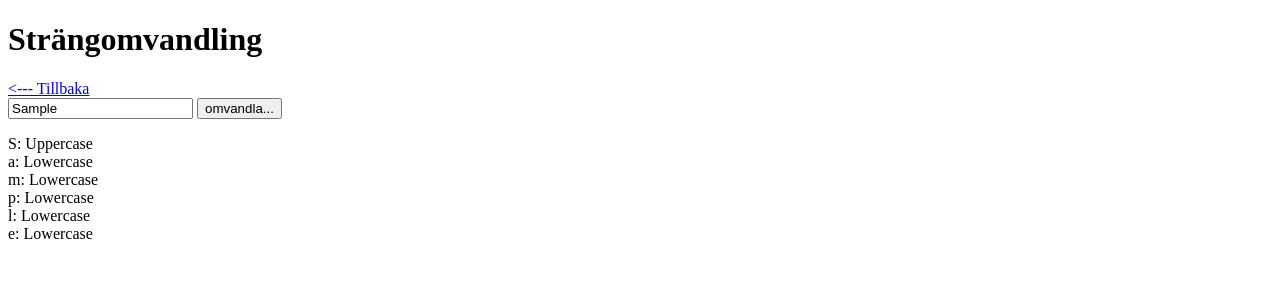
Repository: LindaOtt/1dv403-lo222hd-laborationer
Page: 1-vandalen/strings/index.html
The author's editor kept a record of every edit. The page is drawn from the files as they stood at one moment, then again after the next edit.
The browser window is 1280 px wide. The pictures show the whole page.
Empty fields were first filled with sample values (such as "Sample", 5 or name@example.com).
After loading, the first visible `#send` was clicked once.

Above is the page before.

After the next edit:
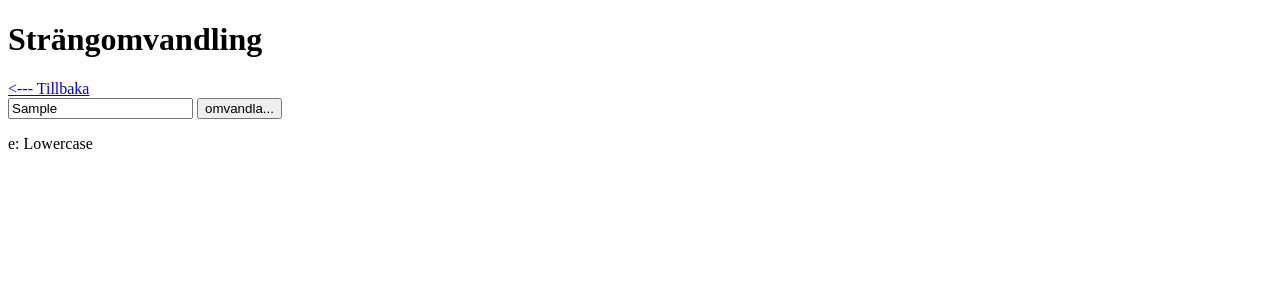
The edit:
--- a/1-vandalen/strings/script.js
+++ b/1-vandalen/strings/script.js
@@ -12,23 +12,12 @@
 
 		//Går igenom varje karaktär i strängen
 		for (var i = 0; i<str.length; i++) {
-	    if (str[i] === str[i].toUpperCase()
-	        && str[i] !== str[i].toLowerCase()) {
-	        message = str[i] + ": Uppercase<br>";
-	    } else {
-	        message = str[i] + ": Lowercase<br>";
-	    }
-		}
-
-		for (var i = 0, len = str.length; i < len; i++) {
-			var strChar = str[i];
-			var message;
-			if (strChar === strChar.toUpperCase()) {
-				message = strChar + ": Uppercase<br>";
-			}
-			if (strChar === strChar.toLowerCase()) {
-				message += strChar + ": Lowercase<br>";
-			}
+		    if (str[i] === str[i].toUpperCase()
+		        && str[i] !== str[i].toLowerCase()) {
+		        message = str[i] + ": Uppercase<br>";
+		    } else {
+		        message = str[i] + ": Lowercase<br>";
+		    }
 		}
 
 		return message;

After the 3 edits that followed:
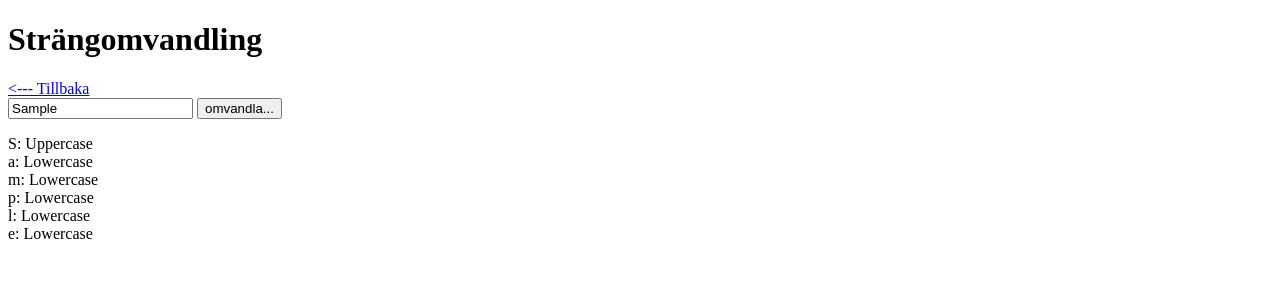
The 3 edits are shown as one change because 2 left the picture as it was.
The edit:
--- a/1-vandalen/strings/script.js
+++ b/1-vandalen/strings/script.js
@@ -8,15 +8,15 @@
 		// Returnera den konverterade strängen.
 		// Vid fel, kasta ett undantag med ett meddelande till användaren.
 
-		var message;
+		var message = "";
 
 		//Går igenom varje karaktär i strängen
 		for (var i = 0; i<str.length; i++) {
 		    if (str[i] === str[i].toUpperCase()
 		        && str[i] !== str[i].toLowerCase()) {
-		        message = str[i] + ": Uppercase<br>";
+		        message = message + str[i] + ": Uppercase<br>";
 		    } else {
-		        message = str[i] + ": Lowercase<br>";
+		        message = message + str[i] + ": Lowercase<br>";
 		    }
 		}
 
